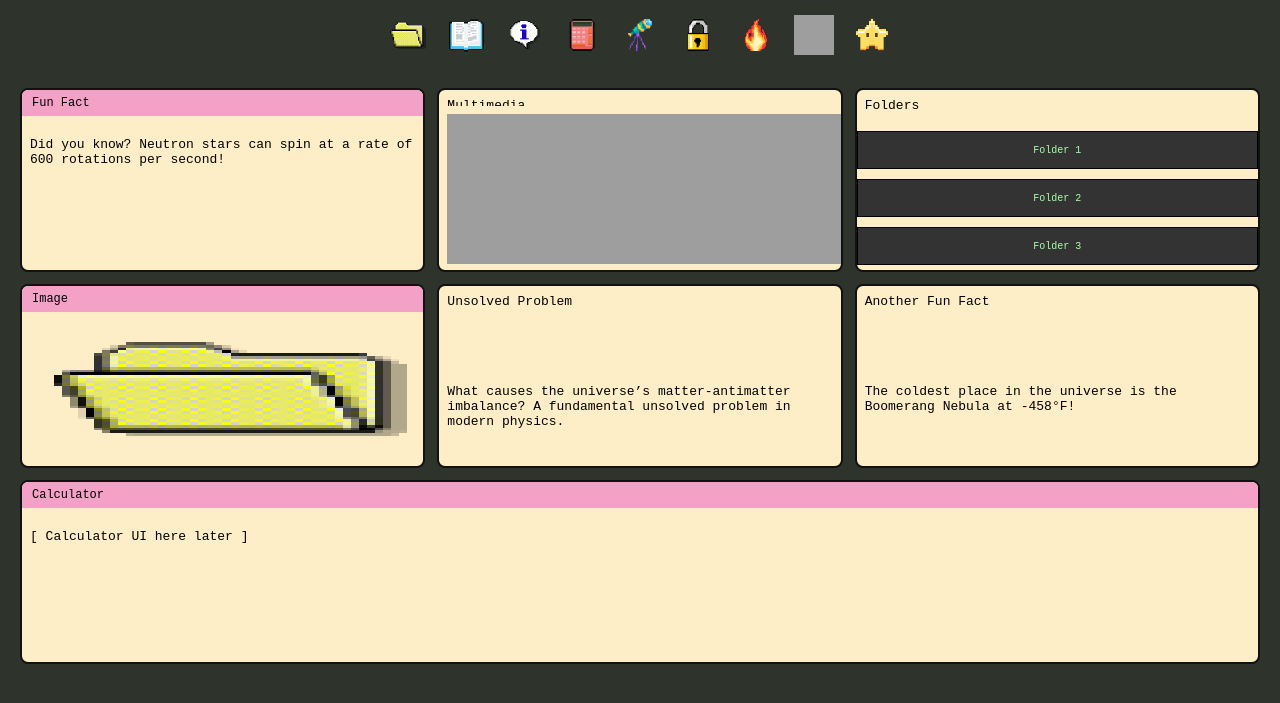
Repository: scarfer14/CCPHYS2L_Project
Page: /dashboard
An editor plug-in stored every save of this project. The page is shown before and after a run of saves, followed by the edit.
The browser window is 1280 px wide. The pictures show the whole page.
Pictures or frames that could not be fetched are drawn as grey boxes. The project was rebuilt for these pictures with package versions that can differ from the ones it lists, and the page was loaded fresh each time. Also part of the build but not shown: vite.config.js, src/astartsc/start.jsx.

Above is the page before, as saved 2025-05-28 23:52:14.

### index.html
<!doctype html>
<html lang="en">
  <head>
    <meta charset="UTF-8" />
    <link rel="icon" type="image/svg+xml" href="/gal.png" />
    <meta name="viewport" content="width=device-width, initial-scale=1.0" />
    <title>Physics Blast</title>
  </head>
  <link href="https://fonts.googleapis.com/css2?family=Orbitron:wght@500&family=Press+Start+2P&display=swap" rel="stylesheet">
  <body>
    <div id="root"></div>
    <script type="module" src="/src/main.jsx"></script>
  </body>
</html>

### src/index.css
:root {
  font-family: 'Press Start 2P', monospace;
  background-color: #2e342b;
  margin: 0;
  padding: 0;
  box-sizing: border-box;
}

body, html {
  margin: 0;
  padding: 0;
  width: 100%;
  height: 100%;
}

### src/App.jsx
import React from 'react';
import { BrowserRouter as Router, Routes, Route } from 'react-router-dom';

import Start from './astartsc/start';
import Dash from './bdashsc/dashnavbar';
import Dashbody from './bdashsc/dashbody';

function Unlock() {
  return (
    <div>
      <Start />
    </div>
  );
}

function Dashboard() {
  return (
    <div>
      <Dash />
      <Dashbody />
    </div>
  );
}

function App() {
  return (
    <Router>
      <Routes>
        <Route path="/" element={<Unlock />} />
        <Route path="/unlock" element={<Unlock />} />
        <Route path="/dashboard" element={<Dashboard />} />
      </Routes>
    </Router>
  );
}

export default App;

### src/bdashsc/dashnavbar.jsx
import React from 'react';
import { useNavigate } from 'react-router-dom';
import './dashnavbar.css';

const icons = [
  'folder', 'book', 'email', 'calc', 'cat',
  'lock', 'fire', 'info', 'star'
];

export default function DashNavbar() {
  return (
    <div className="dash-navbar">
      {icons.map((icon, index) => (
        <button key={index} className="icon-button" title={icon}>
          <img src={`/assets/icons/${icon}.png`} alt={icon} />
        </button>
      ))}
    </div>
  );
}

### src/bdashsc/dashbody.jsx
import React from 'react';
import './dashbody.css';

export default function DashBody() {
  return (
    <div className="dashboard-content">

      <div className="tab fun-fact">
        <div className="tab-header">Fun Fact</div>
        <p>Did you know? Neutron stars can spin at a rate of 600 rotations per second!</p>
      </div>

      <div className="tab multimedia">
        <div className="tab-header1">Multimedia</div>
        <iframe
          src="https://www.youtube.com/embed/pSHVbLPWA28"
          title="Physics Video"
          allowFullScreen
        ></iframe>
      </div>

      <div className="tab folders">
        <div className="tab-header1">Folders</div>
        <button>Folder 1</button>
        <button>Folder 2</button>
        <button>Folder 3</button>
      </div>

      <div className="tab image">
        <div className="tab-header">Image</div>
        <img src="/assets/icons/folder.png" alt="Sample" />
      </div>

      <div className="tab physics-problem">
        <div className="tab-header1">Unsolved Problem</div>
        <p>
          What causes the universe’s matter-antimatter imbalance? A fundamental unsolved problem in modern physics.
        </p>
      </div>

      <div className="tab fun-fact-2">
        <div className="tab-header1">Another Fun Fact</div>
        <p>The coldest place in the universe is the Boomerang Nebula at -458°F!</p>
      </div>

      <div className="tab calculator">
        <div className="tab-header">Calculator</div>
        <p>[ Calculator UI here later ]</p>
      </div>

    </div>
  );
}

### src/astartsc/start.css
/* Import pixel font */
@import url('https://fonts.googleapis.com/css2?family=Press+Start+2P&display=swap');

body {
  margin: 0;
  background: #2e342b;
  font-family: 'Press Start 2P', monospace;
}

/* Fullscreen CRT screen */
.screen {
  width: 100vw;
  height: 100vh;
  background-color: #2e342b;
  padding: 40px; /* simulates the border spacing */
  display: flex;
  flex-direction: column;
  align-items: center;
  justify-content: center;
  box-shadow:
    0 0 60px 20px rgba(0, 0, 0, 0.6),         /* outer soft black glow */
    inset 0 0 200px rgba(0, 0, 0, 0.9),       /* deep vignette */
    inset 0 0 80px rgba(0, 0, 0, 0.7);        /* soft black inner edge */
  position: relative;
  text-align: center;
  box-sizing: border-box;
  overflow: hidden;
  border-radius: 12px; /* Optional CRT curve */
}

/* Text styling */
.welcome {
  color: #99ff99;
  margin-bottom: 10px;
  font-size: 20px;
  margin-bottom: 25px;
}

.title {
  color: #99ff99;
  font-size: 80px;
  line-height: 1.2;
  margin-bottom: 20px;
}

/* Retro button */
.unlock-btn {
  font-size: 15px;
  background-color: transparent;
  color: #aaffaa;
  border: 1px solid #aaffaa;
  padding: 6px 12px;
  cursor: pointer;
  margin-top: 100px;
  animation: blink 1s infinite alternate;
  font-family: 'Press Start 2P', monospace;
}

.unlock-btn:hover {
  background-color: #333;
}

@keyframes blink {
  from { opacity: 5; }
  to { opacity: 0.4; }
}

### src/bdashsc/dashnavbar.css
.dash-navbar {
  background-color: #2e342b;
  padding: 6px 10px;
  display: flex;
  justify-content: center; /* Centers the icons horizontally */
  gap: 10px;
  align-items: center;
}

.icon-button {
  background: transparent;
  border: transparent;
  padding: 4px;
  cursor: pointer;
  transition: transform 0.1s ease-in-out;
}

.icon-button:hover {
  transform: scale(1.1);
  filter: brightness(1.3);
}

.icon-button img {
  margin-top: 5px;
  width: 40px;
  height: 40px;
  image-rendering: pixelated; /* keeps pixel art look */
}

### src/bdashsc/dashbody.css

.dashboard-content {
  display: flex;
  flex-wrap: wrap;
  justify-content: center;
  padding: 20px;
  gap: 12px;

}

.tab {
  background-color: #fdeec7;
  border: 2px solid #111;
  color: #000000;
  font-family: monospace;
  padding: 0;
  flex: 1 1 28%;
  min-width: 250px;
  height: 180px;
  overflow: hidden;
  border-radius: 8px;
  display: flex;
  flex-direction: column;
}

.tab-header {
  background-color: #f4a1c8;
  color: #000000;
  padding: 6px 10px;
  font-size: 12px;
  text-align: left;
}

.tab > *:not(.tab-header) {
  flex: 1;
  padding: 8px;
  overflow: auto;
}

/* Tab-specific styles */
.multimedia iframe {
  width: 100%;
  height: 100%;
  border: none;
}

.folders button {
  display: block;
  margin: 5px 0;
  width: 100%;
  background: #333;
  border: 1px solid #000000;
  color: #aaffaa;
  padding: 6px;
  font-size: 10px;
  cursor: pointer;
  font-family: monospace;
}

.image img {
  width: 100%;
  height: auto;
  image-rendering: pixelated;
}

Loaded but not shown: src/main.jsx (common file)

After the next 2 saves:
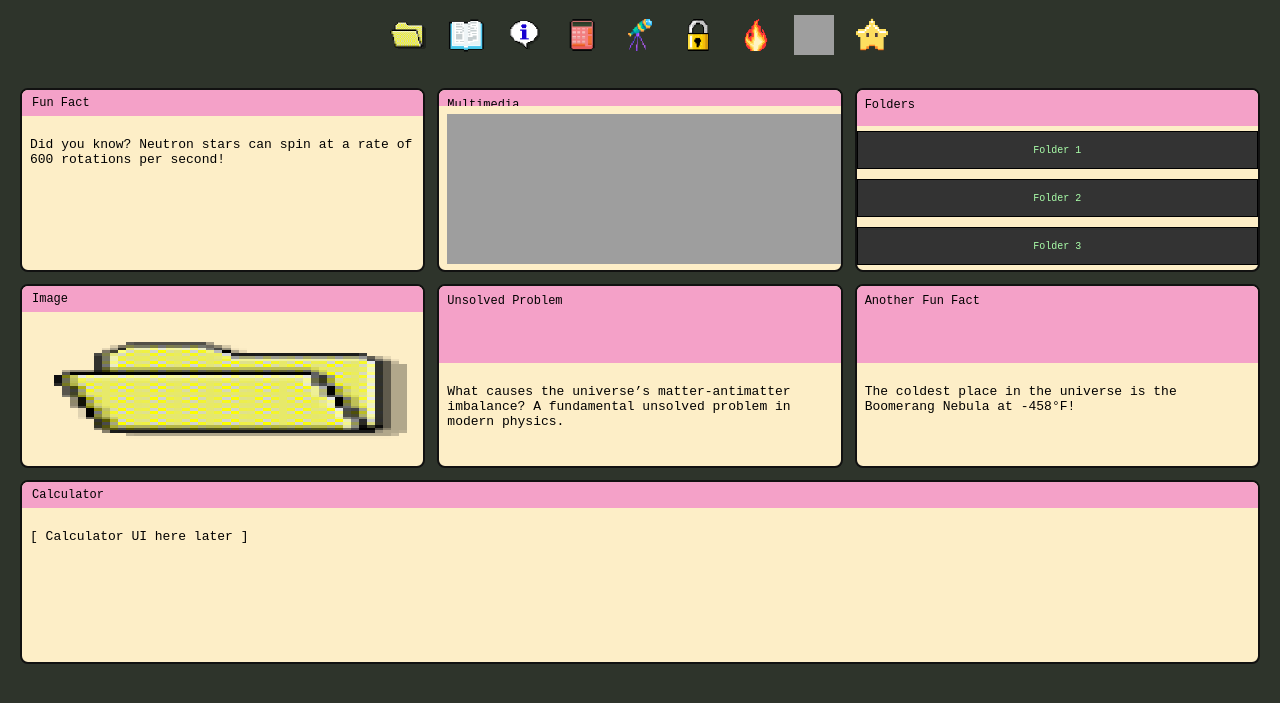
The 2 saves are shown as one change because they came seconds apart.
The last was saved 13 s later.
--- a/src/bdashsc/dashbody.css
+++ b/src/bdashsc/dashbody.css
@@ -24,6 +24,14 @@
 }
 
 .tab-header {
+  background-color: #f4a1c8;
+  color: #000000;
+  padding: 6px 10px;
+  font-size: 12px;
+  text-align: left;
+}
+
+.tab-header1 {
   background-color: #f4a1c8;
   color: #000000;
   padding: 6px 10px;
